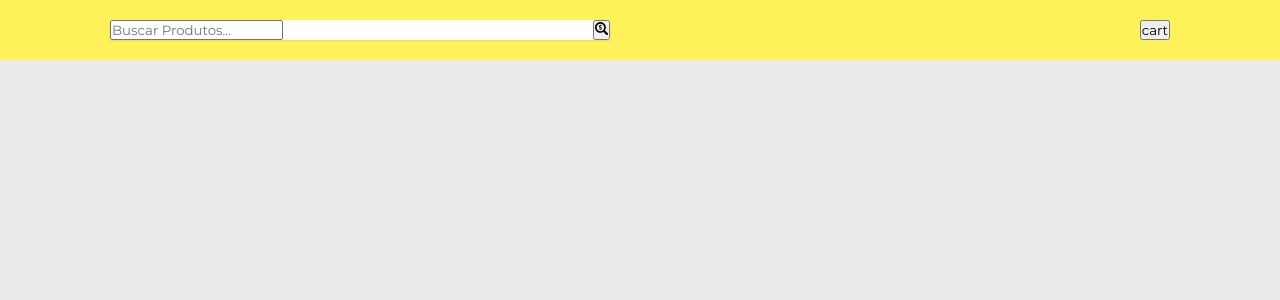
Repository: Gab23Oli/Projeto-de-Conclus-o---Shopping-Cart
Page: /
An editor plug-in stored every save of this project. The page is shown before and after the next save, followed by the edit.
The browser window is 1280 px wide. The pictures show the whole page.
The project was rebuilt for these pictures with package versions that can differ from the ones it lists, and the page was loaded fresh each time.

Above is the page before, as saved 2024-01-25 13:11:17.

### public/index.html
<!DOCTYPE html>
<html lang="en">
  <head>
    <meta charset="utf-8" />
    <meta name="viewport" content="width=device-width, initial-scale=1" />
    <title>Shopping Cart</title>
  </head>
  <body>
    <noscript>You need to enable JavaScript to run this app.</noscript>
    <div id="root"></div>
  </body>
</html>

### src/index.css
@import url('https://fonts.googleapis.com/css2?family=Montserrat:ital,wght@0,100;0,200;0,300;0,400;0,500;0,600;0,700;0,800;0,900;1,100;1,200;1,300;1,400;1,500;1,600;1,700;1,800;1,900&display=swap');

* {
  margin: 0;
  padding: 0;
  box-sizing: border-box;
  font-family: "Montserrat", sans-serif;
}

body {
  background-color: #ebebeb ;
}

.container {
  max-width: 1100px;
  margin: 0 auto;
}

### src/App.js
import React from "react";
import Header from "./components/Header/Header";

function App() {
  return (
    <div>
      <Header />
    </div>
  );
}

export default App;

### src/components/Header/Header.jsx
import React from "react";
import SearchBar from "./SearchBar/SearchBar";

import "./Header.css";

function Header () {
  return (
    <header className="header">
      <div className="container">
        <SearchBar />
        <button>cart</button>
      </div>
    </header>
  );
}

export default Header;

### src/components/Header/SearchBar/SearchBar.jsx
import React from "react";
import { FaSearchDollar } from "react-icons/fa";

import "./SearchBar.css";

function SearchBar() {
  return (
    <form className="search-bar">
      <input type="search" placeholder="Buscar Produtos..." className="search__input" required/>
      <button type="submit" className="search__button">
        <FaSearchDollar />
      </button>
    </form>
  );
}

export default SearchBar;

### src/components/Header/Header.css
.header {
  background-color: #fff159;
  position: fixed;
  width: 100%;
}

.header > div {
  display: flex;
  justify-content: space-between;
  align-items: center;
  padding: 20px;
}

### src/components/Header/SearchBar/SearchBar.css
.search-bar {
  display: flex;
  background-color: white;
  width: 100%;
  max-width: 500px;
  justify-content: space-between;
  box-shadow: 0 1px 2px 0 rgba(0, 0, 0, 0.1);
}

.search__input

Loaded but not shown: src/index.js (common file)

After the next save:
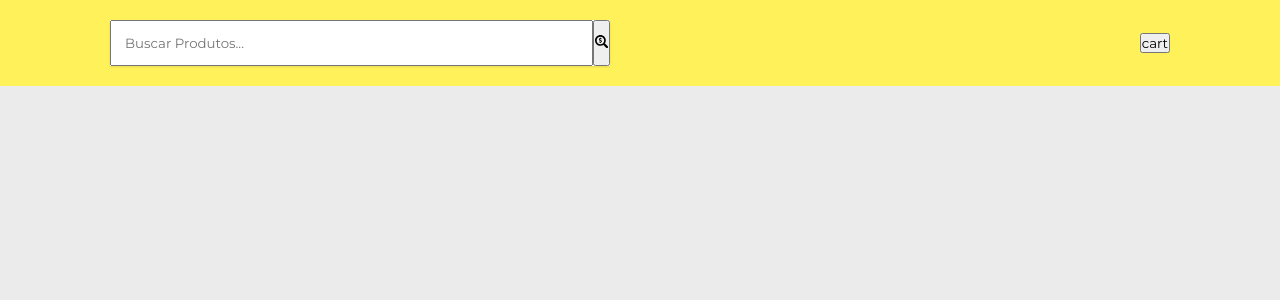
Saved 35 s later.
--- a/src/components/Header/SearchBar/SearchBar.css
+++ b/src/components/Header/SearchBar/SearchBar.css
@@ -7,4 +7,8 @@
   box-shadow: 0 1px 2px 0 rgba(0, 0, 0, 0.1);
 }
 
-.search__input
+.search__input {
+  padding: 13px;
+  flex-grow: 1;
+
+}
